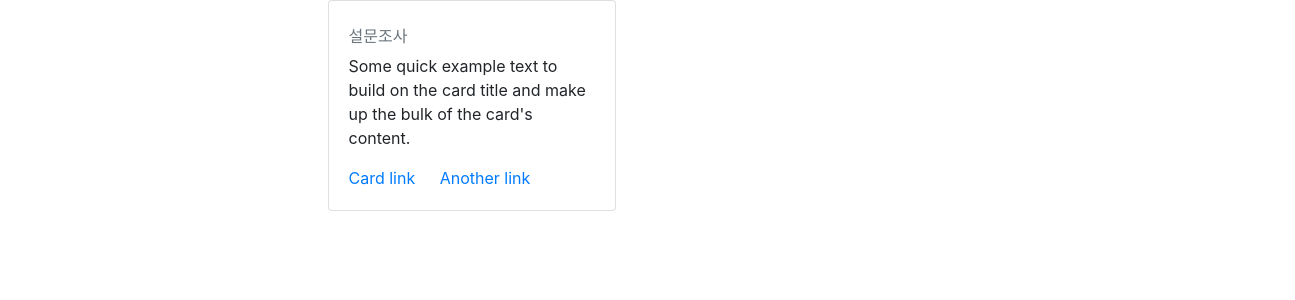
Repository: Pastelkun99/fs_1
Page: http://localhost/Fusion_1/WEB-INF/views/analysisList.jsp
An editor plug-in stored every save of this project. The page is shown before and after the next save, followed by the edit.
The browser window is 1280 px wide. The page is 1295 px wide, so the pictures cover 1295 px, including what lies to the right of the window. The pictures show the whole page.
The page is served by Tomcat 9. Nobody is signed in. The template is opened directly, without the code that normally fills it, so the values that code supplies are empty.

Above is the page before, as saved 2019-11-21 04:12:20.
Console error: TypeError: Cannot read properties of undefined (reading 'fn')

After the next save:
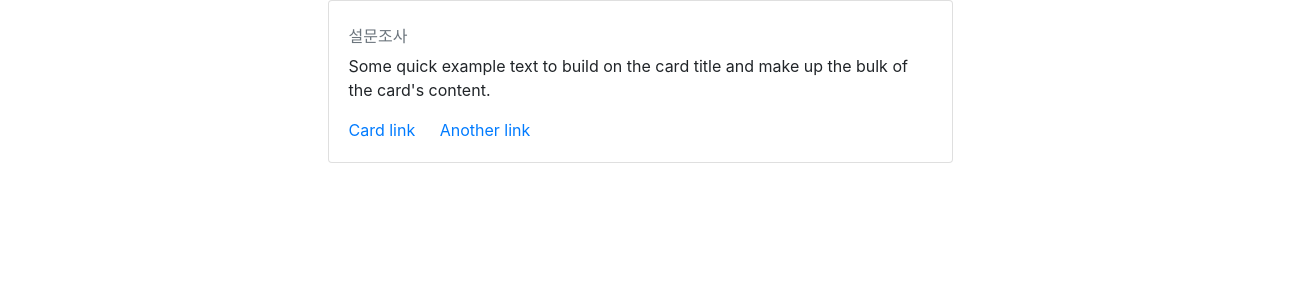
Saved 5 s later.
--- a/Fusion_1/src/main/webapp/WEB-INF/views/analysisList.jsp
+++ b/Fusion_1/src/main/webapp/WEB-INF/views/analysisList.jsp
@@ -21,7 +21,7 @@
 <div class="row">
 	<div class="col-3"></div>
 	<div class="col-6">
-		<div class="card" style="width:18rem;">
+		<div class="card" style="width:100%;">
 	  		<div class="card-body">
 	  		  <h5 class="card-title"></h5>
 	   		  <h6 class="card-subtitle mb-2 text-muted">설문조사</h6>
